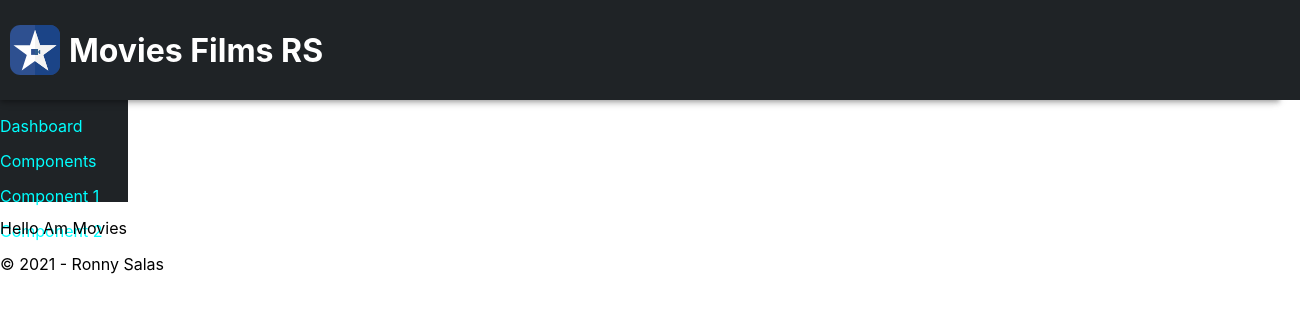
Repository: ronnysalas459/assigment-2
Page: /
These files come from the project's save history. The page is drawn as it stood at one moment and after the next save; the edit follows.
The browser window is 1280 px wide. The page is 1300 px wide, so the pictures cover 1300 px, including what lies to the right of the window. The pictures show the whole page.
The page's requests for data from a server got no answer. The project was rebuilt for these pictures with package versions that can differ from the ones it lists, and the page was loaded fresh each time. No one was signed in, and anything a server would have sent is missing. Also part of the build but not shown: src/contexts/DetailsContext.js, src/components/Details/index.js, src/components/NotFound/index.js.

Above is the page before, as saved 2021-08-29 19:48:17.

### src/index.js
import React from 'react';
import ReactDOM from 'react-dom';
import App from './App';

ReactDOM.render(<App />,document.querySelector('#root')
);

### src/App.js
import React from "react";
import { BrowserRouter, Switch, Route } from "react-router-dom";
import MoviesContextProvider from "./contexts/MoviesContext";
import DetailsContextProvider from "./contexts/DetailsContext";
import Movies from "./components/Movies";
import Details from "./components/Details";
import Header from "./components/Common/Header";
import Footer from "./components/Common/Footer";
import SideBar from "./components/Common/SideBar";
import NotFound from "./components/NotFound";
import "./assets/css/styles.css";

const App = () => (
  <BrowserRouter>
    <Header />
    <SideBar/>
    <Switch>
      <Route exact path="/">
        <MoviesContextProvider>
          <Movies />
        </MoviesContextProvider>
      </Route>
      <Route path="/movie/movie_id">
        <DetailsContextProvider>
          <Details />
        </DetailsContextProvider>
      </Route>
      <Route component={NotFound} />
    </Switch>
    <Footer />
  </BrowserRouter>
);

export default App;

### src/contexts/MoviesContext.js
import React, { createContext, useState, useEffect } from "react";
import { popularGet, movieSearch } from "./../constants";

export const MoviesContext = createContext();

const MoviesContextProvider = ({ children }) => {
  const [doneFetch, setDoneFetch] = useState();
  const [currentQuery, setCurrentQuery] = useState("");
  const [text, setText] = useState("Top Movies");
  const [movies, setMovies] = useState([]);

  useEffect(() => {
    getPopularMovies();
  }, []);

  const getPopularMovies = () => {
    fetch(popularGet())
      .then((res) => res.json())
      .then((data) => {
        setDoneFetch(true);
        setMovies(data.results);
      })
      .catch((err) => console.log(err));
  };

  const getMovies = (query) => {
    fetch(movieSearch(query))
      .then((res) => res.json())
      .then((data) => {
        const { results } = data;
        setDoneFetch(true);
        setText(results.length ? "Results" : "No Results");
        setMovies(results);
      })
      .catch((err) => console.log(err));
  };

  const validateQuery = (
    e,
    query = document.querySelector("#query").value.toLowerCase().trim()
  ) => {
    if (e.type === "keypress" && e.key !== "Enter") return;
    const words = query.match(/\w+/g);
    query = words && words.join(" ");
    if (query && query !== currentQuery) {
      setCurrentQuery(query);
      setDoneFetch(false);
      getMovies(query);
    }
  };
  return (
    <MoviesContext.Provider value={{ doneFetch, text, movies, validateQuery }}>
      {children}
    </MoviesContext.Provider>
  );
};

export default MoviesContextProvider;

### src/components/Movies/index.js
import React from 'react'

const Movies = () => (
    <p> Hello Am Movies</p>
);

export default Movies;

### src/components/Common/Header.js
import React from "react";
import { AppBar, Toolbar } from "@material-ui/core";
import { ReactComponent as Logo } from "./../../assets/img/movie.svg";
import "./../../assets/css/styles.css";
const Header = () => (
  <AppBar position="sticky">
      <div className="header-container">
            <Logo className="logo-container" />
            &nbsp;&nbsp;
        <h1>Movies Films RS</h1>
      </div>
  </AppBar>
);

export default Header;

### src/components/Common/Footer.js
import React from 'react'

const Footer = () => (
    <footer>
        <p> &copy; { new Date().getFullYear()} - Ronny Salas</p>
    </footer>
);


export default Footer;

### src/components/Common/SideBar.js
import React from "react";
import { ProSidebar, Menu, MenuItem, SubMenu } from "react-pro-sidebar";
import "./../../assets/css/styles.css";

const SideBar = () => (
  <ProSidebar className = "sidebar">
    <Menu iconShape="square">
      <MenuItem >Dashboard</MenuItem>
      <SubMenu title="Components">
        <MenuItem>Component 1</MenuItem>
        <MenuItem>Component 2</MenuItem>
      </SubMenu>
    </Menu>
  </ProSidebar>
);
export default SideBar;

### src/assets/css/styles.css
html {
  overflow-x: hidden;
}

body {
  margin: 0;
  font-family: -apple-system, BlinkMacSystemFont, "Segoe UI", "Roboto", "Oxygen",
    "Ubuntu", "Cantarell", "Fira Sans", "Droid Sans", "Helvetica Neue",
    sans-serif;
  -webkit-font-smoothing: antialiased;
  -moz-osx-font-smoothing: grayscale;
}

.header-container {
  display: flex;
  height:80px;
  width: 100%;
  padding: 10px;
  align-items: center;
  background-color: #1F2326 !important;
}

.logo-container {
  display: block;
  height: 100%;
  width: 50px;
}
.logo-container h1 {
	color: aqua;
}

.sidebar {
  display: flex;
  color:aqua;
  width: 10%;
  height: 100%;
  background-color: #1F2326;
}
ul {
  list-style-type: none;
  padding: 0;
}

li {
  margin-top: 15px;
}

a {
  text-decoration: none;
}

.root {
  margin: 3vw;
}

.message,
.defaultPaper {
  text-align: center;
  color: rgba(0, 0, 0, 0.54) !important;
}

.paper {
  margin-top: 25px;
  margin-bottom: 25px;
  margin-left: auto;
  margin-right: auto;
  max-width: 600px;
}

.defaultPaper {
  padding: 15px;
}

.title {
  font-size: 25px;
}

.buttonPrimary,
.progressBar {
  display: flex;
  justify-content: center;
  align-items: center;
}

.buttonPrimary,
.message,
.progressBar {
  margin: 10px;
}

.MuiTextField-root {
  width: 100%;
}

@media (max-width: 323px) {
  h1 {
    display: none;
  }
}

### src/constants/index.js
//HABILITAR PROXY INVERSO PARA CORS INTERCEPTOR
//const cors_anywhere = "https://cors-anywhere.herokuapp.com/";
const base_url = "https://api.themoviedb.org/3/";
const popular_movies_get = "movie/popular?";
const movie_search = "search/movie?";
const movies_get = "movie/{movie_id}";
const api_key = "api_key = 2c4e30626dc1fcee2a373a9a71cf70f1";


export const popularGet = popular_movies_get => `${base_url}${popular_movies_get}${api_key}`;
export const moviesGet = movies_get => `${base_url}${movies_get}${api_key}`;
export const movieSearch = query => `${base_url}${movie_search}${api_key}query=${query}`;

Loaded but not shown: public/index.html (common file)

After the next save:
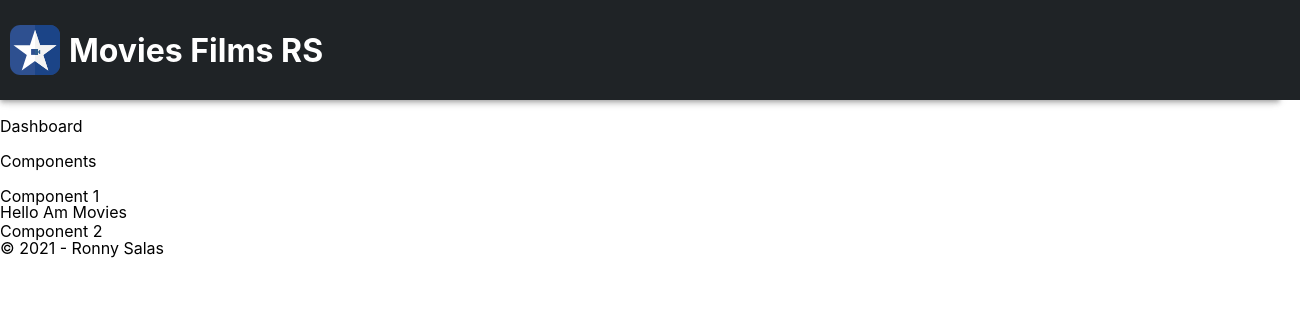
Saved 16 s later.
--- a/src/components/Common/SideBar.js
+++ b/src/components/Common/SideBar.js
@@ -3,7 +3,7 @@
 import "./../../assets/css/styles.css";
 
 const SideBar = () => (
-  <ProSidebar className = "sidebar">
+  <ProSidebar>
     <Menu iconShape="square">
       <MenuItem >Dashboard</MenuItem>
       <SubMenu title="Components">

After the 2 saves that followed:
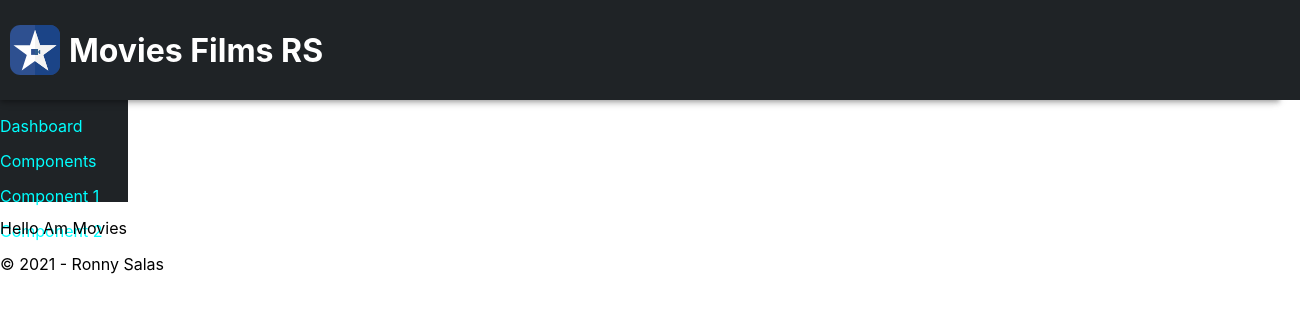
The 2 saves are shown as one change because they came seconds apart.
The last was saved 25 s later.
--- a/src/components/Common/SideBar.js
+++ b/src/components/Common/SideBar.js
@@ -3,14 +3,16 @@
 import "./../../assets/css/styles.css";
 
 const SideBar = () => (
-  <ProSidebar>
-    <Menu iconShape="square">
-      <MenuItem >Dashboard</MenuItem>
-      <SubMenu title="Components">
-        <MenuItem>Component 1</MenuItem>
-        <MenuItem>Component 2</MenuItem>
-      </SubMenu>
-    </Menu>
-  </ProSidebar>
+  <aside className="sidebar">
+    <ProSidebar>
+      <Menu iconShape="square">
+        <MenuItem>Dashboard</MenuItem>
+        <SubMenu title="Components">
+          <MenuItem>Component 1</MenuItem>
+          <MenuItem>Component 2</MenuItem>
+        </SubMenu>
+      </Menu>
+    </ProSidebar>
+  </aside>
 );
 export default SideBar;
